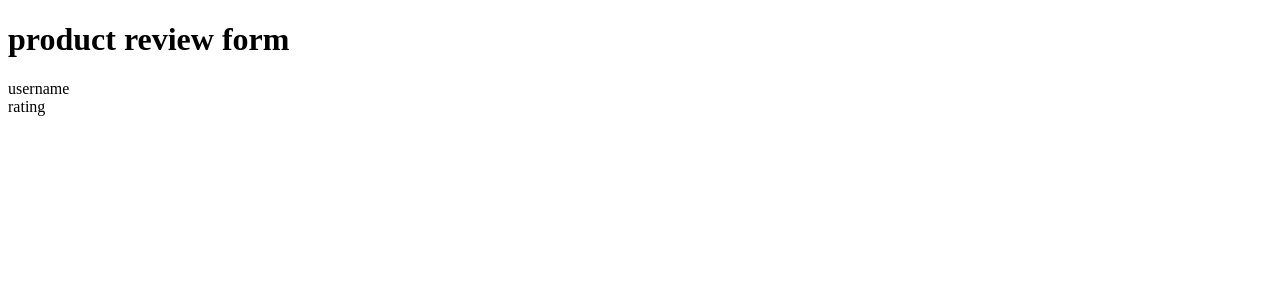
Repository: avishahir4812-crypto/Web-Development-Assignment
Page: session 3/form.html
The author's editor kept a copy of each file at every save. The page is drawn from the files as they stood at one save, then again after the next save.
The browser window is 1280 px wide. The pictures show the whole page.

Above is the page before, as saved 2026-06-28 10:00:01.

### session 3/form.html
<!DOCTYPE html>
<html lang="en">
<head>
    <meta charset="UTF-8">
    <meta name="viewport" content="width=device-width, initial-scale=1.0">
    <title>flipcart-style rating</title>
</head>
<body>
    <h1>product review form</h1>
    <form action="" method="post">
        <label for="username">username</label>
        <label type="text" id="username" name="username" required></label><br>
        <label for="rating">rating</label>
    </form>
</body>
</html>

After the next save:
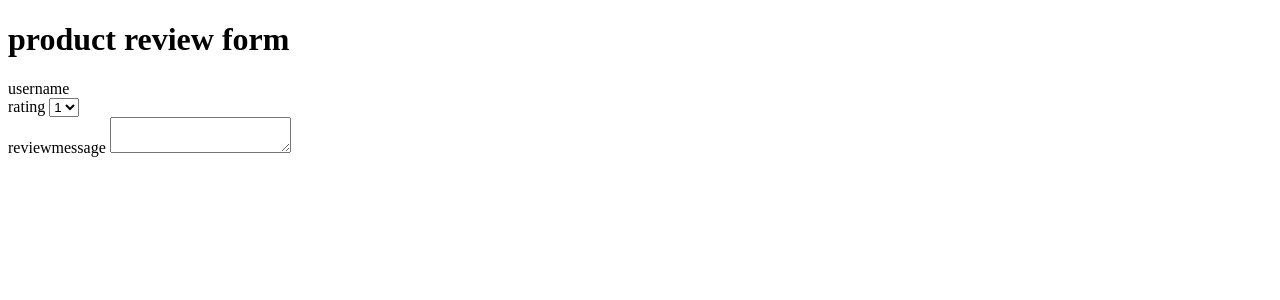
Saved 103 s later.
--- a/session 3/form.html
+++ b/session 3/form.html
@@ -10,7 +10,18 @@
     <form action="" method="post">
         <label for="username">username</label>
         <label type="text" id="username" name="username" required></label><br>
+
         <label for="rating">rating</label>
+        <select id="rating" name="rating"required>
+            <option value="1">1</option>
+            <option value="2">2</option>
+            <option value="3">3</option>
+            <option value="4">4</option>
+            <option value="5">5</option>
+        </select><br>
+
+        <label for="review">reviewmessage</label>
+        <textarea id="review" name="review" required></textarea><br>
     </form>
 </body>
 </html>
